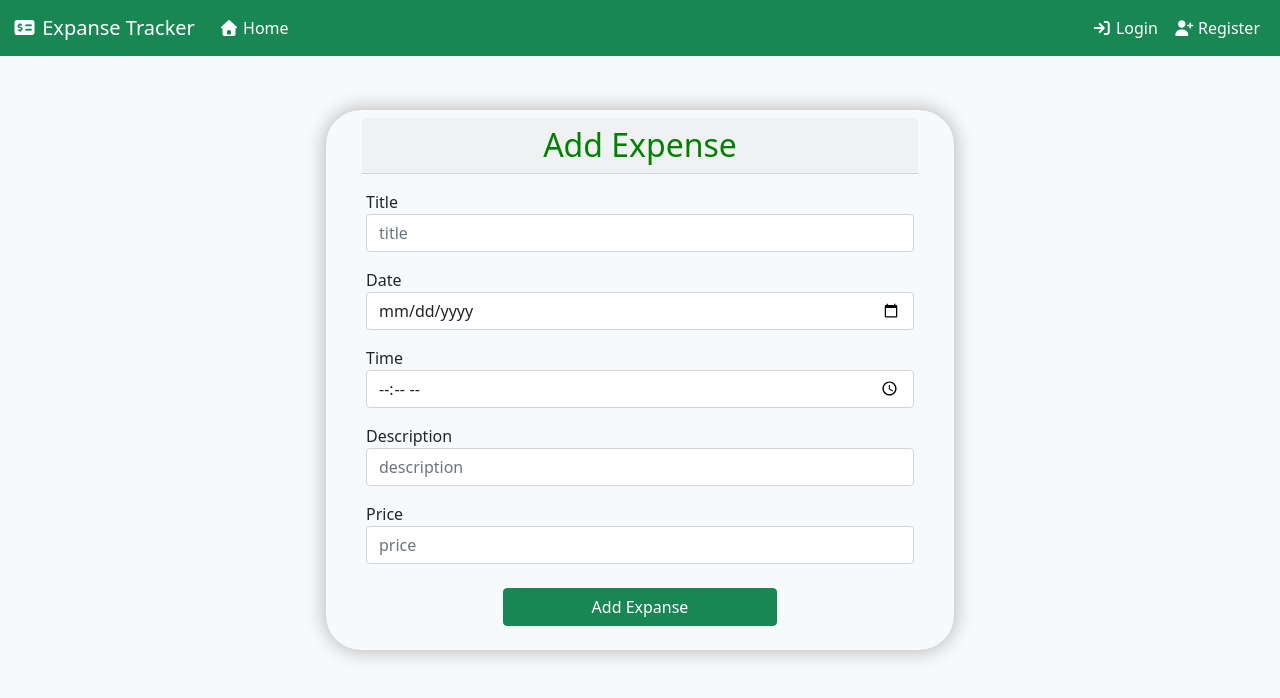
Repository: Hashim-Ansari-82/Java_Project
Page: http://localhost/Online_Expanse_Tracker/user/add_expense.jsp
An editor plug-in stored every save of this project. The page is shown before and after the next save, followed by the edit.
The browser window is 1280 px wide. The pictures show the whole page.
Some web libraries are served in a nearby version. The page is served by Tomcat 9.

Above is the page before, as saved 2026-05-26 13:27:06.

After the next save:
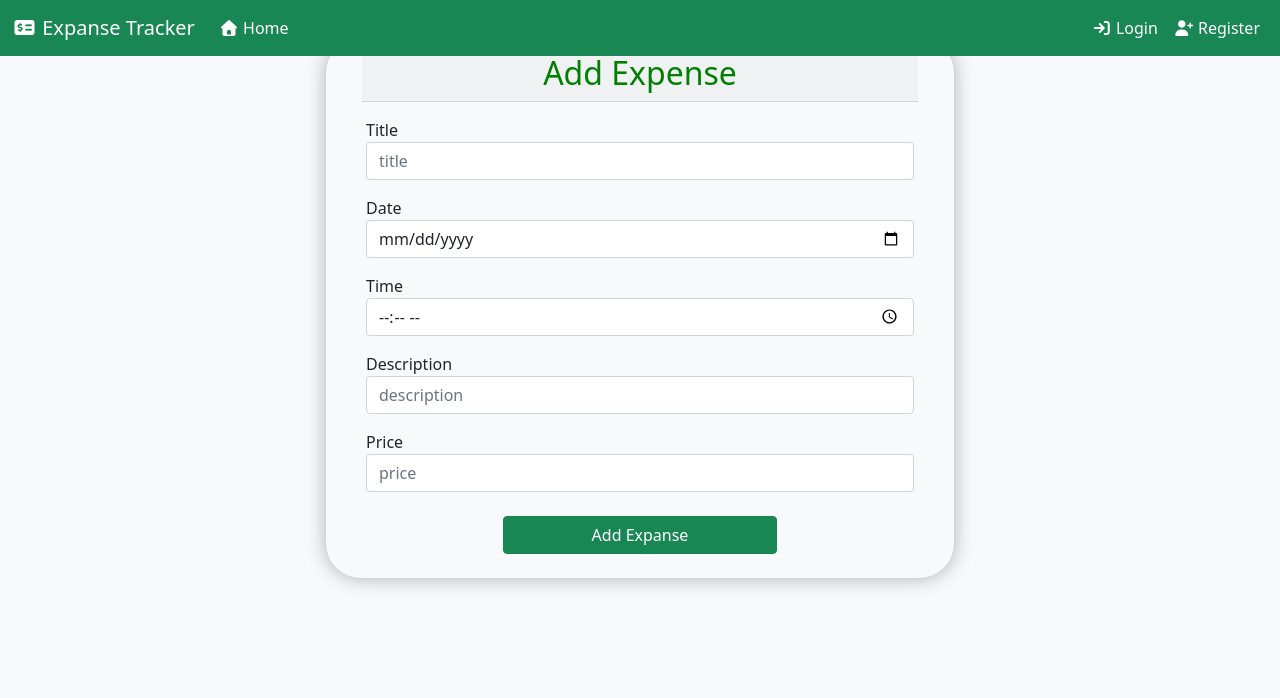
Saved 60 s later.
--- a/Online_Expanse_Tracker/src/main/webapp/user/add_expense.jsp
+++ b/Online_Expanse_Tracker/src/main/webapp/user/add_expense.jsp
@@ -19,7 +19,7 @@
 	<div
 		class="container-fluid d-flex justify-content-center
 	align-items-center"
-		style="height: 90vh;">
+		style="height: 70vh;">
 
 		<div class="card-sh py-2 px-4 row"
 			style="width: 50%; border-radius: 35px;">

After the save that followed:
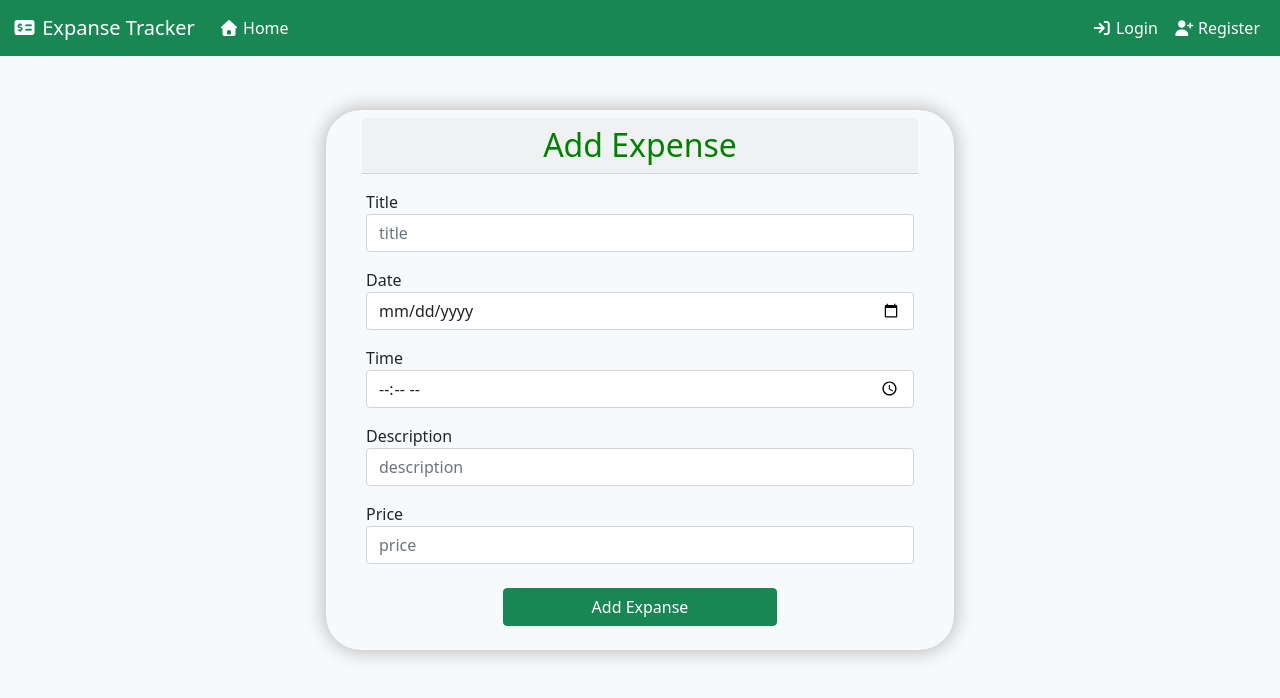
Saved 20 s later.
--- a/Online_Expanse_Tracker/src/main/webapp/user/add_expense.jsp
+++ b/Online_Expanse_Tracker/src/main/webapp/user/add_expense.jsp
@@ -19,7 +19,7 @@
 	<div
 		class="container-fluid d-flex justify-content-center
 	align-items-center"
-		style="height: 70vh;">
+		style="height: 90vh;">
 
 		<div class="card-sh py-2 px-4 row"
 			style="width: 50%; border-radius: 35px;">
